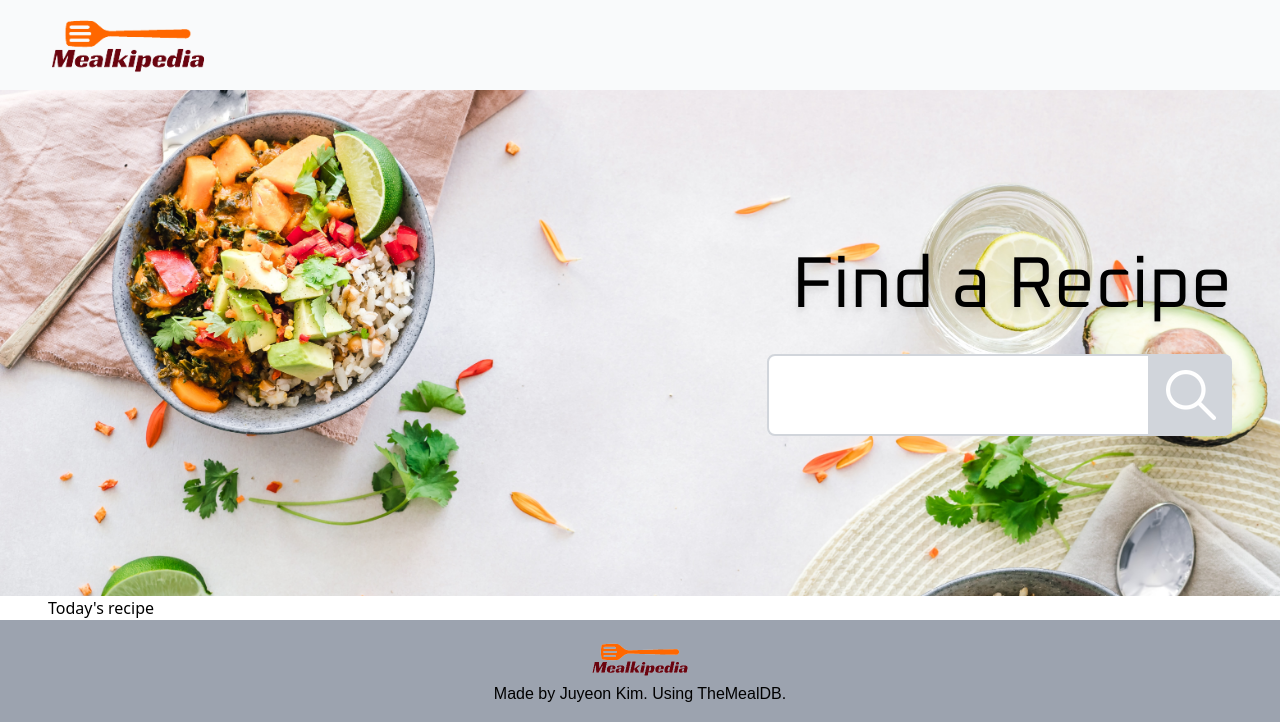
Repository: Jay-JYKim91/grj_mealkipedia
Page: /
An editor plug-in stored every save of this project. The page is shown before and after the next save, followed by the edit.
The browser window is 1280 px wide. The pictures show the whole page.
Some web fonts or font styles are not loaded; a fallback is used. The project was rebuilt for these pictures with package versions that can differ from the ones it lists, and the page was loaded fresh each time. Also part of the build but not shown: src/component/recipe.tsx. Imported but missing from the stored project, and not drawn on this page: src/component/search.

Above is the page before, as saved 2022-06-21 16:06:56.

### public/index.html
<!DOCTYPE html>
<html lang="en">
  <head>
    <meta charset="utf-8" />
    <link rel="icon" href="%PUBLIC_URL%/favicon.ico" />
    <link rel="preconnect" href="https://fonts.googleapis.com">
    <link rel="preconnect" href="https://fonts.gstatic.com" crossorigin>
    <link href="https://fonts.googleapis.com/css2?family=Biryani:wght@300;400&family=Oxanium:wght@300;400;500&family=Racing+Sans+One&display=swap" rel="stylesheet">
    <meta name="viewport" content="width=device-width, initial-scale=1" />
    <meta name="theme-color" content="#000000" />
    <meta
      name="description"
      content="Web site created using create-react-app"
    />
    <title>Mealkipedia</title>
  </head>
  <body>
    <div id="root"></div>
  </body>
</html>

### src/index.tsx
import React from 'react';
import ReactDOM from 'react-dom/client';
import './index.css';
import App from './app';
import { BrowserRouter } from 'react-router-dom';

const root = ReactDOM.createRoot(
  document.getElementById('root') as HTMLElement
);

root.render(
  <React.StrictMode>
    <BrowserRouter>
      <App />
    </BrowserRouter>
  </React.StrictMode>
);

### src/App.tsx
import React from 'react';
import { Route, Routes } from 'react-router-dom';
import Footer from './component/footer';
import Header from './component/header';
import Home from './component/home';
import Recipe from './component/recipe';
import Search from './component/search';

const App: React.FC = () => {

  return (
    <>
      <Header />
      <main>
        <Routes>
          <Route path='/' element={
            <Home />
          } />
          <Route path='search' element={
            <Search />
          } />
          <Route path='recipe' element={
            <Recipe />
          } />
        </Routes>
      </main>
      <Footer />
    </>
  );
}

export default App;

### src/component/footer.tsx
import React from 'react';

const Footer = () => {
    console.log(React);

    return (
        <footer className="flex flex-col items-center justify-center px-12 py-4 bg-gray-400">
            <img src="/logo.png" alt="logo" width="100" />
            <p className="font-body2_font">Made by Juyeon Kim. Using TheMealDB.</p>
        </footer>
    )
};

export default Footer;

### src/component/header.tsx
import React from 'react';

const Header = () => {
    console.log(React);

    return (
        <header className="px-12 py-2 shadow-md bg-gray-50">
            <img src='/logo.png' alt="logo" width="160" />
        </header>
    )
}

export default Header;

### src/component/home.tsx
import React from 'react';

const Home: React.FC = () => {

    return (
        <>
            <div className="px-12 py-40 bg-cover bg-[url('images/main_background.jpg')] text-right">
                <h1
                    className="font-body1_font text-7xl mb-8 drop-shadow-lg">
                        Find a Recipe
                </h1>
                <div className="flex justify-end">
                    <input type="search"
                        className="p-4 text-3xl font-body1_font rounded-l-lg border-2 border-gray-300"
                    />
                    <button className="p-4 bg-gray-300 rounded-r-lg">
                        <img src="./search.png" alt="search" />
                    </button>
                </div>
            </div>
            <div className="px-12">
                <h1>Today's recipe</h1>
            </div>
        </>
    )
};

export default Home;

### tailwind.config.js
/** @type {import('tailwindcss').Config} */
module.exports = {
  content: [
    "./src/**/*.{js,jsx,ts,tsx}",
  ],
  darkMode: false, // or 'media' or 'class'
  theme: {
    extend: {
      fontFamily: {
        'heading_font': ['Racing Sans One', 'cursive'],
        'body1_font': ['Oxanium', 'cursive'],
        'body2_font': ['Biryani', 'sans-serif']
      }
    },
  },
  plugins: [],
}

Loaded but not shown: src/index.css (common file)

After the next save:
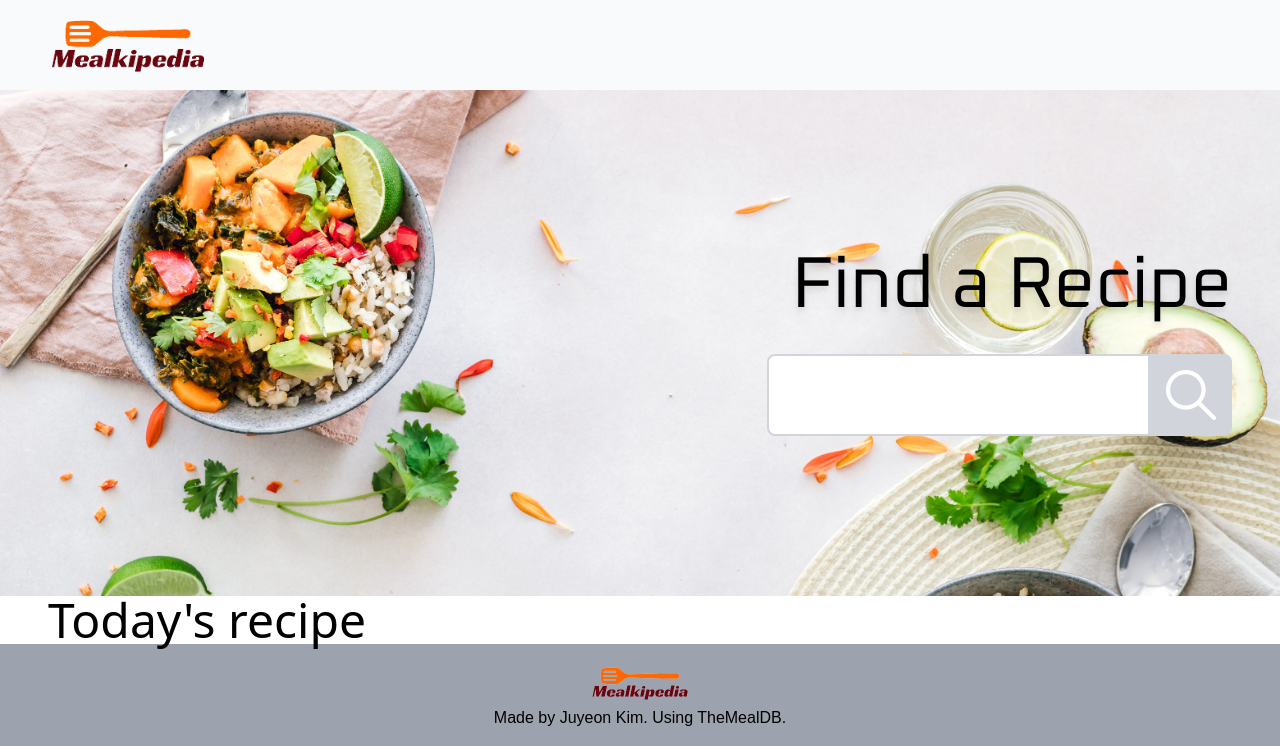
Saved 2 min 4 s later.
--- a/src/component/home.tsx
+++ b/src/component/home.tsx
@@ -19,7 +19,7 @@ const Home: React.FC = () => {
                 </div>
             </div>
             <div className="px-12">
-                <h1>Today's recipe</h1>
+                <h1 className="text-5xl">Today's recipe</h1>
             </div>
         </>
     )
